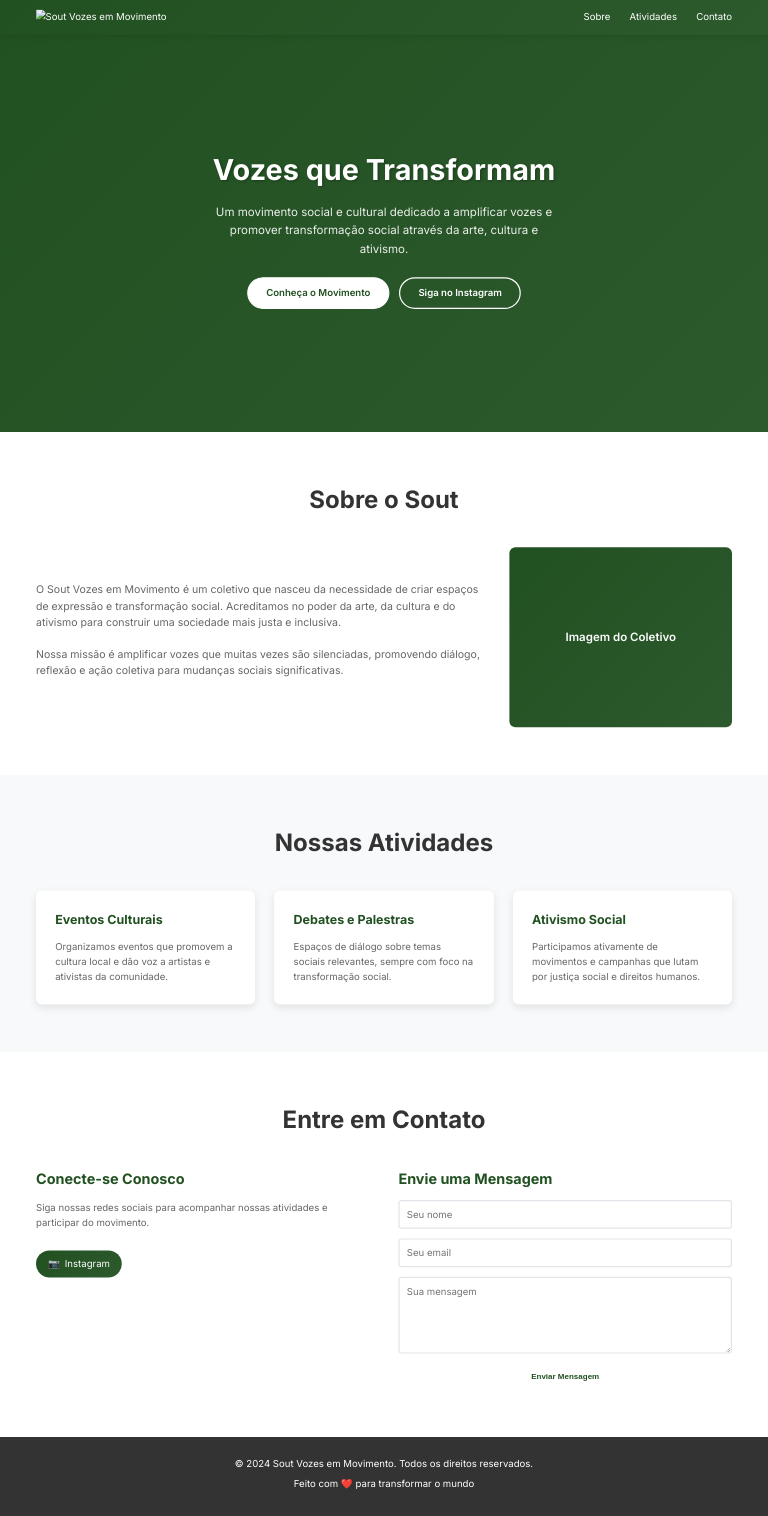
Repository: farukzahra/sout
Page: index.html
The author's editor kept a copy of each file at every save. The page is drawn from the files as they stood at one save, then again after the next save.
The browser window is 1280 px wide. The pictures show the whole page, at 60% of full size.

Above is the page before, as saved 2025-10-02 12:57:22.
Not found: logo.png

### index.html
<!DOCTYPE html>
<html lang="pt-BR">
<head>
    <meta charset="UTF-8">
    <meta name="viewport" content="width=device-width, initial-scale=1.0">
    <title>Sout Vozes em Movimento</title>
    <meta name="description" content="Sout Vozes em Movimento - Movimento social e cultural">
    <link rel="stylesheet" href="style.css">
    <link href="https://fonts.googleapis.com/css2?family=Inter:wght@300;400;600;700&display=swap" rel="stylesheet">
</head>
<body>
    <header class="header">
        <nav class="nav">
            <div class="nav-brand">
                <img src="logo.png" alt="Sout Vozes em Movimento" class="logo-img">
            </div>
            <ul class="nav-menu">
                <li><a href="#sobre">Sobre</a></li>
                <li><a href="#atividades">Atividades</a></li>
                <li><a href="#contato">Contato</a></li>
            </ul>
        </nav>
    </header>

    <main>
        <section class="hero">
            <div class="hero-content">
                <h2>Vozes que Transformam</h2>
                <p>Um movimento social e cultural dedicado a amplificar vozes e promover transformação social através da arte, cultura e ativismo.</p>
                <div class="hero-buttons">
                    <a href="#sobre" class="btn btn-primary">Conheça o Movimento</a>
                    <a href="https://www.instagram.com/sout_vozesemmovimento/" target="_blank" class="btn btn-secondary">Siga no Instagram</a>
                </div>
            </div>
        </section>

        <section id="sobre" class="section">
            <div class="container">
                <h2>Sobre o Sout</h2>
                <div class="about-content">
                    <div class="about-text">
                        <p>O Sout Vozes em Movimento é um coletivo que nasceu da necessidade de criar espaços de expressão e transformação social. Acreditamos no poder da arte, da cultura e do ativismo para construir uma sociedade mais justa e inclusiva.</p>
                        <p>Nossa missão é amplificar vozes que muitas vezes são silenciadas, promovendo diálogo, reflexão e ação coletiva para mudanças sociais significativas.</p>
                    </div>
                    <div class="about-image">
                        <div class="placeholder-image">
                            <span>Imagem do Coletivo</span>
                        </div>
                    </div>
                </div>
            </div>
        </section>

        <section id="atividades" class="section section-alt">
            <div class="container">
                <h2>Nossas Atividades</h2>
                <div class="activities-grid">
                    <div class="activity-card">
                        <h3>Eventos Culturais</h3>
                        <p>Organizamos eventos que promovem a cultura local e dão voz a artistas e ativistas da comunidade.</p>
                    </div>
                    <div class="activity-card">
                        <h3>Debates e Palestras</h3>
                        <p>Espaços de diálogo sobre temas sociais relevantes, sempre com foco na transformação social.</p>
                    </div>
                    <div class="activity-card">
                        <h3>Ativismo Social</h3>
                        <p>Participamos ativamente de movimentos e campanhas que lutam por justiça social e direitos humanos.</p>
                    </div>
                </div>
            </div>
        </section>

        <section id="contato" class="section">
            <div class="container">
                <h2>Entre em Contato</h2>
                <div class="contact-content">
                    <div class="contact-info">
                        <h3>Conecte-se Conosco</h3>
                        <p>Siga nossas redes sociais para acompanhar nossas atividades e participar do movimento.</p>
                        <div class="social-links">
                            <a href="https://www.instagram.com/sout_vozesemmovimento/" target="_blank" class="social-link">
                                <span>📷</span> Instagram
                            </a>
                        </div>
                    </div>
                    <div class="contact-form">
                        <h3>Envie uma Mensagem</h3>
                        <form>
                            <input type="text" placeholder="Seu nome" required>
                            <input type="email" placeholder="Seu email" required>
                            <textarea placeholder="Sua mensagem" rows="5" required></textarea>
                            <button type="submit" class="btn btn-primary">Enviar Mensagem</button>
                        </form>
                    </div>
                </div>
            </div>
        </section>
    </main>

    <footer class="footer">
        <div class="container">
            <p>&copy; 2024 Sout Vozes em Movimento. Todos os direitos reservados.</p>
            <p>Feito com ❤️ para transformar o mundo</p>
        </div>
    </footer>

    <script>
        // Smooth scrolling para links internos
        document.querySelectorAll('a[href^="#"]').forEach(anchor => {
            anchor.addEventListener('click', function (e) {
                e.preventDefault();
                const target = document.querySelector(this.getAttribute('href'));
                if (target) {
                    target.scrollIntoView({
                        behavior: 'smooth',
                        block: 'start'
                    });
                }
            });
        });

        // Formulário de contato (funcionalidade básica)
        document.querySelector('form').addEventListener('submit', function(e) {
            e.preventDefault();
            alert('Obrigado pela sua mensagem! Entraremos em contato em breve.');
            this.reset();
        });
    </script>
</body>
</html>

### style.css
/* Reset e configurações básicas */
* {
    margin: 0;
    padding: 0;
    box-sizing: border-box;
}

body {
    font-family: 'Inter', sans-serif;
    line-height: 1.6;
    color: #333;
    background-color: #fff;
}

.container {
    max-width: 1200px;
    margin: 0 auto;
    padding: 0 20px;
}

/* Header */
.header {
    background: linear-gradient(135deg, #215021 0%, #2d5a2d 100%);
    color: white;
    padding: 1rem 0;
    position: fixed;
    top: 0;
    width: 100%;
    z-index: 1000;
    box-shadow: 0 2px 10px rgba(0,0,0,0.1);
}

.nav {
    display: flex;
    justify-content: space-between;
    align-items: center;
    max-width: 1200px;
    margin: 0 auto;
    padding: 0 20px;
}


.nav-menu {
    display: flex;
    list-style: none;
    gap: 2rem;
}

.nav-menu a {
    color: white;
    text-decoration: none;
    font-weight: 500;
    transition: opacity 0.3s ease;
}

.nav-menu a:hover {
    opacity: 0.8;
}

/* Hero Section */
.hero {
    background: linear-gradient(135deg, #215021 0%, #2d5a2d 100%);
    color: white;
    padding: 120px 0 80px;
    text-align: center;
    min-height: 100vh;
    display: flex;
    align-items: center;
    justify-content: center;
}


.hero-content h2 {
    font-size: 3rem;
    font-weight: 700;
    margin-bottom: 1rem;
    text-shadow: 2px 2px 4px rgba(0,0,0,0.3);
}

.hero-content {
    max-width: 800px;
    margin: 0 auto;
    padding: 0 20px;
}

.hero-content p {
    font-size: 1.2rem;
    margin-bottom: 2rem;
    max-width: 600px;
    margin-left: auto;
    margin-right: auto;
    opacity: 0.9;
}

.hero-buttons {
    display: flex;
    gap: 1rem;
    justify-content: center;
    flex-wrap: wrap;
}

/* Botões */
.btn {
    display: inline-block;
    padding: 12px 30px;
    text-decoration: none;
    border-radius: 50px;
    font-weight: 600;
    transition: all 0.3s ease;
    border: 2px solid transparent;
}

.btn-primary {
    background: white;
    color: #215021;
    border-color: white;
}

.btn-primary:hover {
    background: transparent;
    color: white;
    border-color: white;
}

.btn-secondary {
    background: transparent;
    color: white;
    border-color: white;
}

.btn-secondary:hover {
    background: white;
    color: #215021;
}

/* Seções */
.section {
    padding: 80px 0;
}

.section-alt {
    background-color: #f8f9fa;
}

.section h2 {
    text-align: center;
    font-size: 2.5rem;
    margin-bottom: 3rem;
    color: #333;
}

/* Sobre */
.about-content {
    display: grid;
    grid-template-columns: 2fr 1fr;
    gap: 3rem;
    align-items: center;
}

.about-text p {
    font-size: 1.1rem;
    margin-bottom: 1.5rem;
    color: #666;
}

.placeholder-image {
    background: linear-gradient(135deg, #215021 0%, #2d5a2d 100%);
    height: 300px;
    border-radius: 10px;
    display: flex;
    align-items: center;
    justify-content: center;
    color: white;
    font-size: 1.2rem;
    font-weight: 600;
}

/* Atividades */
.activities-grid {
    display: grid;
    grid-template-columns: repeat(auto-fit, minmax(300px, 1fr));
    gap: 2rem;
}

.activity-card {
    background: white;
    padding: 2rem;
    border-radius: 10px;
    box-shadow: 0 5px 15px rgba(0,0,0,0.1);
    transition: transform 0.3s ease, box-shadow 0.3s ease;
}

.activity-card:hover {
    transform: translateY(-5px);
    box-shadow: 0 10px 25px rgba(0,0,0,0.15);
}

.activity-card h3 {
    color: #215021;
    margin-bottom: 1rem;
    font-size: 1.3rem;
}

.activity-card p {
    color: #666;
    line-height: 1.6;
}

/* Contato */
.contact-content {
    display: grid;
    grid-template-columns: 1fr 1fr;
    gap: 3rem;
}

.contact-info h3 {
    color: #215021;
    margin-bottom: 1rem;
    font-size: 1.5rem;
}

.contact-info p {
    color: #666;
    margin-bottom: 2rem;
}

.social-links {
    display: flex;
    gap: 1rem;
}

.social-link {
    display: flex;
    align-items: center;
    gap: 0.5rem;
    padding: 10px 20px;
    background: linear-gradient(135deg, #215021 0%, #2d5a2d 100%);
    color: white;
    text-decoration: none;
    border-radius: 25px;
    transition: transform 0.3s ease;
}

.social-link:hover {
    transform: translateY(-2px);
}

.contact-form h3 {
    color: #215021;
    margin-bottom: 1rem;
    font-size: 1.5rem;
}

.contact-form form {
    display: flex;
    flex-direction: column;
    gap: 1rem;
}

.contact-form input,
.contact-form textarea {
    padding: 12px;
    border: 2px solid #e1e5e9;
    border-radius: 5px;
    font-family: inherit;
    font-size: 1rem;
    transition: border-color 0.3s ease;
}

.contact-form input:focus,
.contact-form textarea:focus {
    outline: none;
    border-color: #215021;
}

.contact-form textarea {
    resize: vertical;
    min-height: 120px;
}

/* Footer */
.footer {
    background: #333;
    color: white;
    text-align: center;
    padding: 2rem 0;
}

.footer p {
    margin-bottom: 0.5rem;
}

/* Responsividade */
@media (max-width: 768px) {
    .nav {
        flex-direction: column;
        gap: 1rem;
    }

    .nav-menu {
        gap: 1rem;
    }

    .hero-content h2 {
        font-size: 2rem;
    }

    .hero-buttons {
        flex-direction: column;
        align-items: center;
    }

    .about-content,
    .contact-content {
        grid-template-columns: 1fr;
        gap: 2rem;
    }

    .activities-grid {
        grid-template-columns: 1fr;
    }

    .section h2 {
        font-size: 2rem;
    }
}

@media (max-width: 480px) {
    .hero {
        padding: 100px 0 60px;
    }

    .hero-content h2 {
        font-size: 1.8rem;
    }

    .hero-content p {
        font-size: 1rem;
    }

    .section {
        padding: 60px 0;
    }

    .container {
        padding: 0 15px;
    }
}

After the next save:
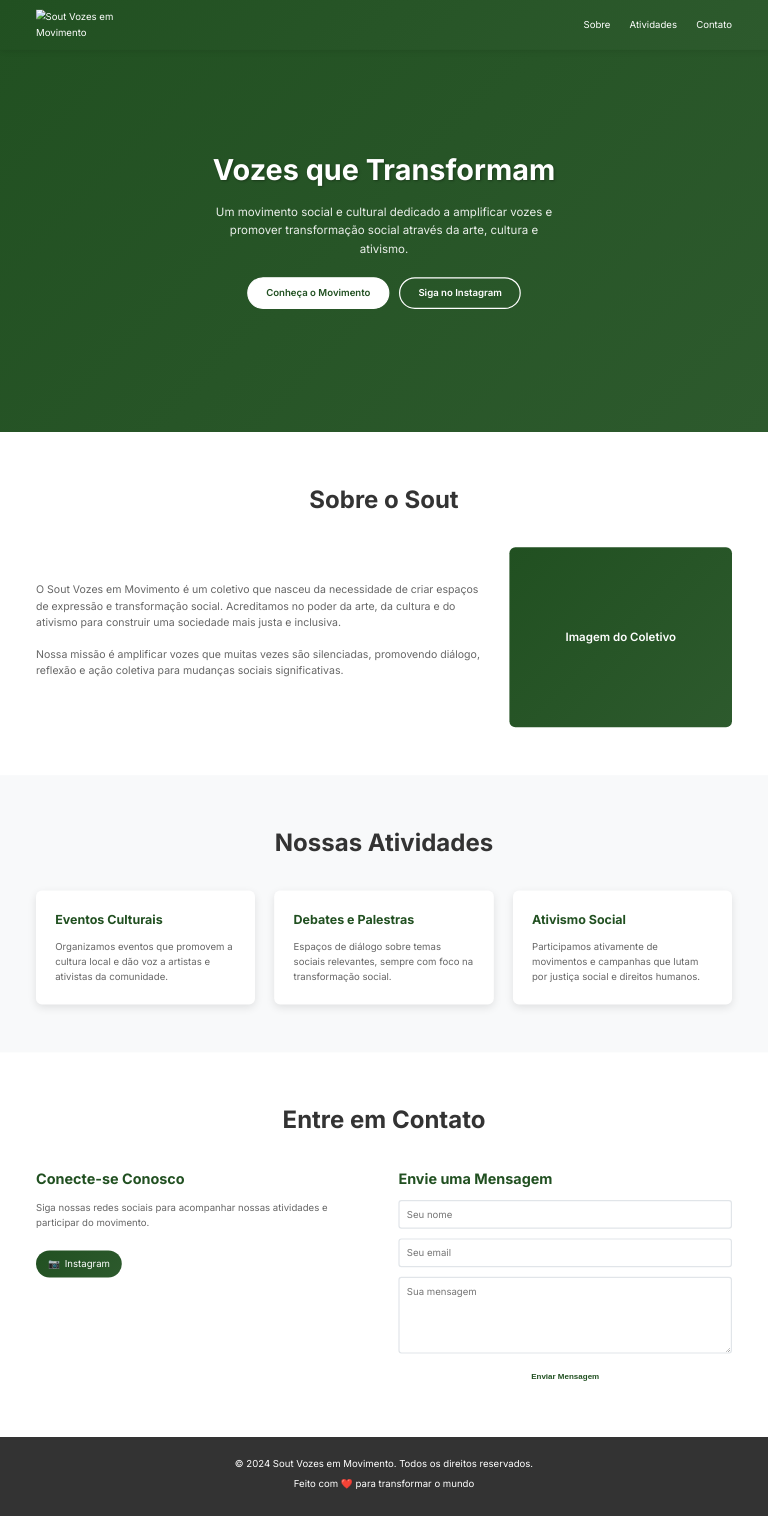
Saved 8 s later.
--- a/style.css
+++ b/style.css
@@ -39,6 +39,12 @@ body {
     padding: 0 20px;
 }
 
+.logo-img {
+    height: 50px;
+    width: auto;
+    max-width: 200px;
+    object-fit: contain;
+}
 
 .nav-menu {
     display: flex;
